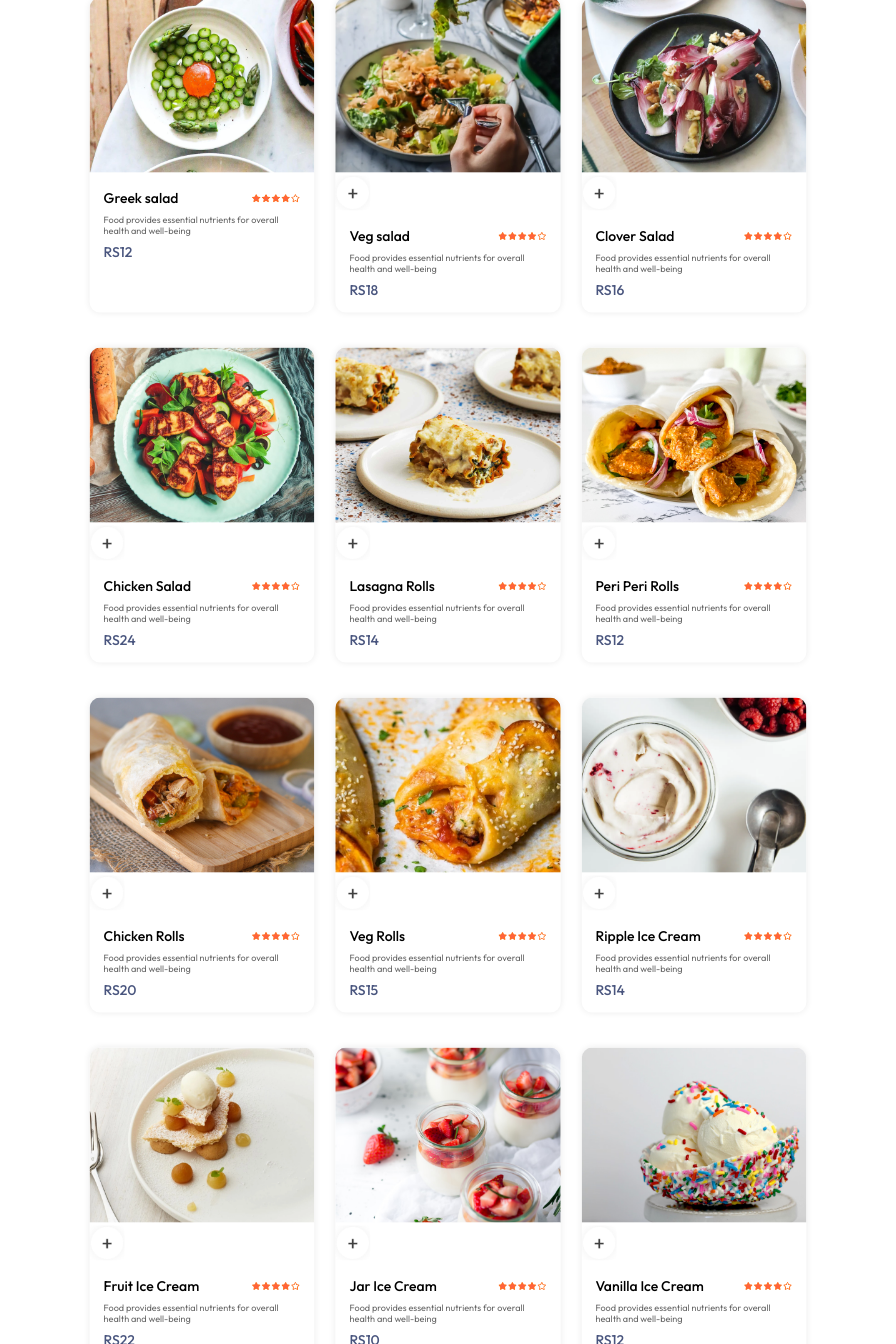
Repository: Attar786/Food-ordering-app
Page: / (app in frontend/), after clicking the first element matching `img.add`
The author's editor kept a copy of each file at every save. The page is drawn from the files as they stood at one save, then again after the next save.
The browser window is 1280 px wide. The pictures show the part of the page from y = 992 to 2912 px (the page is 6438 px tall before and 6444 px after), at 70% of full size.
The project was rebuilt for these pictures with package versions that can differ from the ones it lists, and the page was loaded fresh each time. Also part of the build but not shown: frontend/vite.config.js, frontend/src/pages/Cart/Cart.css, frontend/src/pages/Cart/Cart.jsx, frontend/src/pages/PlaceOrder/PlaceOrder.css, frontend/src/pages/PlaceOrder/PlaceOrder.jsx.

Above is the page before, as saved 2024-07-26 18:21:46.

### frontend/src/main.jsx
import ReactDOM from 'react-dom/client'
import App from './App.jsx'
import './index.css'
import {BrowserRouter} from 'react-router-dom'
import StoreContextProvider from './context/StoreContext.jsx'
ReactDOM.createRoot(document.getElementById('root')).render(
<BrowserRouter>

<StoreContextProvider>
<App />
</StoreContextProvider>

    </BrowserRouter>
)

### frontend/src/App.jsx
import './index.css'
import Navbar from "./components/Navbar/Navbar"
import Home from './pages/Home/Home'
import Cart from './pages/Cart/Cart'
import PlaceOrder from './pages/PlaceOrder/PlaceOrder'
import { Route, Routes } from 'react-router-dom'


function App() {

  return (
    <>

  <div className='app'>
  <Navbar/>
<Routes>
<Route path='/' element={<Home/>}/>
<Route path='/cart' element={<Cart/>}/>
<Route path='/order' element={<PlaceOrder/>}/>

</Routes>
  </div>
    </>
  )
}

export default App

### frontend/src/index.css
@import url('https://fonts.googleapis.com/css2?family=Outfit:wght@100..900&display=swap');


*{
margin: 0;
padding: 0;
 box-sizing: border-box;
 font-family: outfit;
}
body{
height: 100vh;
}
a{
text-decoration: none;
color : inherit;
}
.app{
    width: 80%;
    margin: auto;
}
@keyframes fadeIn{
    0%{
        opacity: 0;
    }
    100%{
        opacity: 1;
    }
}

### frontend/src/context/StoreContext.jsx
// import './StoreContext.css';
// import { createContext } from 'react';
// import { food_list } from '../assets/assets';
// export const StoreContext = createContext(null);

// const StoreContextProvider = (props) => {
//   const contextValue = {};
//   food_list
//   return (
//     <StoreContext.Provider value={contextValue}>
//       {props.children}
//     </StoreContext.Provider>
//   );
// };

// export default StoreContextProvider;

import './StoreContext.css';
import { createContext } from 'react';
import { food_list } from '../assets/assets'; // Ensure this path is correct and food_list is correctly exported

export const StoreContext = createContext(null);

const StoreContextProvider = (props) => {
  const contextValue = {
    food_list, // Assign food_list to contextValue
  };

  return (
    <StoreContext.Provider value={contextValue}>
      {props.children}
    </StoreContext.Provider>
  );
};

export default StoreContextProvider;

### frontend/src/components/Navbar/Navbar.jsx
import { useState } from 'react';
import './Navbar.css';
import { assets } from '../../assets/assets';

const Navbar = () => {
  const [menu, setMenu] = useState("home");

  const handleMenuClick = (menuItem) => {
    setMenu(menuItem);
  };

  return (
    <div className="Navbar">
      <img src={assets.logo} alt="Logo" className="logo" />
      <ul className="navbar-menu">
        <li onClick={() => handleMenuClick("home")} className={menu === "home" ? "active" : ""}>Home</li>
        <li onClick={() => handleMenuClick("menu")} className={menu === "menu" ? "active" : ""}>Menu</li>
        <li onClick={() => handleMenuClick("mobile-app")} className={menu === "mobile-app" ? "active" : ""}>Mobile App</li>
        <li onClick={() => handleMenuClick("contact-us")} className={menu === "contact-us" ? "active" : ""}>Contact Us</li>
      </ul>
      <div className="navbar-right">
        <img src={assets.search_icon} alt="search-icon" />
        <div>
          <img src={assets.basket_icon} alt="icons" />
          <div className="dot"></div>
        </div>
        <button>Sign In</button>
      </div>
    </div>
  );
}

export default Navbar;

### frontend/src/pages/Home/Home.jsx
import {useState} from 'react'
import Header from '../../components/Header/Header'
import ExploreMenu from '../../components/ExploreMenu/ExploreMenu'
import './Home.css'
import FoodDisplay from '../../components/FoodDisplay/FoodDisplay'

const Home = () => {
    const [category , setCategory ] = useState('All')
  return (
    <>
<Header/>
<ExploreMenu category={category} setCategory={setCategory}/>
<FoodDisplay category={category} />

</>
)
}

export default Home

### frontend/src/components/Navbar/Navbar.css
.Navbar{
    padding: 20px 0;
    display: flex;
    justify-content: space-between;
    align-items: center;
}
.Navbar .logo{
    width: 150px;
}
.navbar-menu{
    display: flex;
    list-style: none;
    gap: 20px;
    font: 18px;
    color: #49557e;
    cursor: pointer;
}
.navbar-right{
    display: flex;
    align-items: center;
    gap: 25px;

}
.Navbar button{
    font-size: 15px;
    border: 1px solid #49557e;
    background: transparent;
    padding: 10px 25px;
    cursor: pointer;
    border-radius: 40px;
    transition: 0.3s;
}
.Navbar button:hover{
    background-color: #fff4f2;
}
.Navbar .navbar-menu .active{
    padding-bottom: 2px;
    border-bottom: 2px solid #49557e;

}
.search-icon{
    position: relative;
}
/* .search-icon .dot{ */
    /* position: absolute;
    top: -5px;
    right: -5px;
    width: 10px;
    height: 10px;
    background-color: blue;
    border-radius: 50%;
} */
.dot {
    position: absolute;
    top: 12px; /* Adjust as needed */
    right: 268px; /* Adjust as needed */
    width: 10px;
    height: 10px;

    background-color: tomato;
    border-radius: 50%;
  }

### frontend/src/components/Header/Header.jsx
import "./Header.css";
const Header = () => {
  return (
    <div className="header">
      <div className="header-contents">
        <h2>order your Favourite Food Here</h2>
        <p>
          Lorem ipsum dolor sit amet consectetur adipisicing elit. Ab,
          repudiandae. Odio architecto libero enim minima.
        </p>
        <button>View Menu</button>
      </div>
    </div>
  );
};

export default Header;

### frontend/src/components/ExploreMenu/ExploreMenu.jsx
import './ExploreMenu.css'
import { menu_list } from '../../assets/assets';
import PropTypes from 'prop-types'
const ExploreMenu = ({ category, setCategory }) => {
  return (
    <div className='explore-menu' id='explore-menu'>
      <h1 className='explore-menu-title'>Explore our Menu</h1>
      <p className='explore-menu-text'>Lorem ipsum dolor sit, amet consectetur adipisicing elit. Quam, eos?</p>
      <div className='explore-menu-list'>
        {menu_list.map((item, index) => {
          return (
            <div onClick={() => setCategory(prev => prev === item.menu_name ? "All" : item.menu_name)} key={index} className='explore-menu-list-item'>
              <img className={category === item.menu_name ? "active" : ""} src={item.menu_image} alt="" />
              <p>{item.menu_name}</p>
            </div>
          )
        })}
      </div>
      <hr />
    </div>
  )
}
    ExploreMenu.propTypes = {
    category: PropTypes.string.isRequired,
    setCategory: PropTypes.func.isRequired,
  };

export default ExploreMenu;

### frontend/src/components/FoodDisplay/FoodDisplay.jsx
import { useContext } from 'react';
import './FoodDisplay.css';
import { StoreContext } from '../../context/StoreContext';
import FoodItem from '../FoodItem/FoodItem';
const FoodDisplay = ({ category }) => {
  const { food_list } = useContext(StoreContext);
  if (!food_list) {
    return <div>Loading...</div>; // Handle loading state or error
  }
  return (
    <div className='food-display' id='food-display'>
      <h2>Top Dishes Near To You</h2>
      <div className='food-display-list'>
        {food_list.map((item, index) => (
          <FoodItem
            key={index}
            id={item._id}
            name={item.name}
            description={item.description}
            price={item.price}
            image={item.image}
          />
        ))}
      </div>
    </div>
  );
};

export default FoodDisplay;

### frontend/src/components/Header/Header.css
.header{
    height: 35vw;
    margin: 30px auto;
    background: url('/header_img.png') no-repeat;
    background-size: contain;
    position: relative;
}
.header-contents{
position: absolute;
display: flex;
flex-direction: column;
align-items: start;
gap: 1.5vw;
max-width: 50%;
bottom: 10%;
left: 6vw;
animation: fadeIn 3s;
}

.header-contents h2{
    font-weight: 500;
    color: white;
    font-size: max(4.5vw, 22px);
}
.header-contents p{
    color: white;
    font-size: 1vw;

}
.header-contents button{
    font-weight: 500;
    color: #747474;
    border: none;
    padding: 1vw 2.3vw;
    background-color: white;
    border-radius: 50px;
    font-size: max(1vw,12px);


}

### frontend/src/components/ExploreMenu/ExploreMenu.css
.explore-menu{
    display: flex;
    flex-direction: column;
    gap: 20px;
}
.explore-menu h1{
    color: #262626;
    font-weight: 500;
}
.explore-menu-text{
    max-width: 60%;
    columns: #808080;
}
.explore-menu-list {
    display: flex;
    justify-content: space-between;
    align-items:center;
    gap: 30px;
    text-align: center;
    margin: 20px 0px;
    overflow: scroll;
}
.explore-menu-list::-webkit-scrollbar{
    display: none;
}
.explore-menu-list-item img{
    width: 7.5vw;
    min-width: 85px;
    cursor: pointer;
    border-radius: 50%;
    transition: 0.3s;
}

.explore-menu-list-item p{
    cursor: pointer;
    color: #747474;
    font-size: max(1.4vw, 16px)
}
.explore-menu hr{
    margin: 10px 0px;
    height: 2px;
    color: #e2e2e2;
    border: none;
}
.explore-menu-list-item .active{
    border:3px solid tomato;
    padding: 2px;
}

### frontend/src/components/FoodDisplay/FoodDisplay.css
.food-display{
    margin-top: 30px;
}
.food-display h2{
    font-size: max(2vw, 24px);
    font-weight: 600;
}
.food-display-list{
    display: grid;
    grid-template-columns: repeat(auto-fill,minmax(240px,1fr));
    margin-top: 30px;
    gap: 30px;
    row-gap: 50px;
}

### frontend/src/components/FoodItem/FoodItem.jsx
import './FoodItem.css';
import { assets } from '../../assets/assets';
import { useState } from 'react';

const FoodItem = ({ id, name, price, description, image }) => {
  const [itemCount, setItemCount] = useState(0);

  return (
    <div className='food-item'>
      <div className='food-item-img-container'>
        <img className='food-item-image' src={image} alt={name} />
        {
          !itemCount
            ? <img className='add' onClick={() => setItemCount(prev => prev + 1)} src={assets.add_icon_white} alt="" />
            : <div></div>
        }
      </div>
      <div className='food-item-info'>
        <div className='food-item-name-rating'>
          <p>{name}</p>
          <img src={assets.rating_starts} alt="Rating" />
        </div>
        <p className='food-item-description'>
          {description}
        </p>
        <p className='food-item-price'>RS{price}</p>
      </div>
    </div>
  );
};

export default FoodItem;

### frontend/src/components/FoodItem/FoodItem.css
.food-item{
    width: 100%;
    border-radius: 15px;
    box-shadow: 0px 0px 10px #00000015;
    transition: 0.3s;
    animation: fadeIn 1s;
}
.food-item-image{
    width: 100%;
    border-radius : 15px 15px 0px 0px;
}

.food-item-info{
    padding: 20px;
}
.food-item-name-rating{
    display: flex;
    justify-content: space-between;
    align-items: center;
    margin-bottom: 10px;
}
.food-item-name-rating p{
    font-size: 20px;
    font-weight: 500;

}
.food-item-name-rating img {
    width: 70px;

}
.food-item-description{
    color: #676767;
    font-size: 13px;
}
.food-item-price{
    margin-top: 10px;
    color: #49557e;
    font-size: 20px;
    font-weight: 500;
}

Loaded but not shown: frontend/index.html (common file); frontend/src/assets/assets.js (350 lines, source omitted); frontend/src/context/StoreContext.css (no stored copy; drawn as an empty file); frontend/src/pages/Home/Home.css (no stored copy; drawn as an empty file)

After the next save:
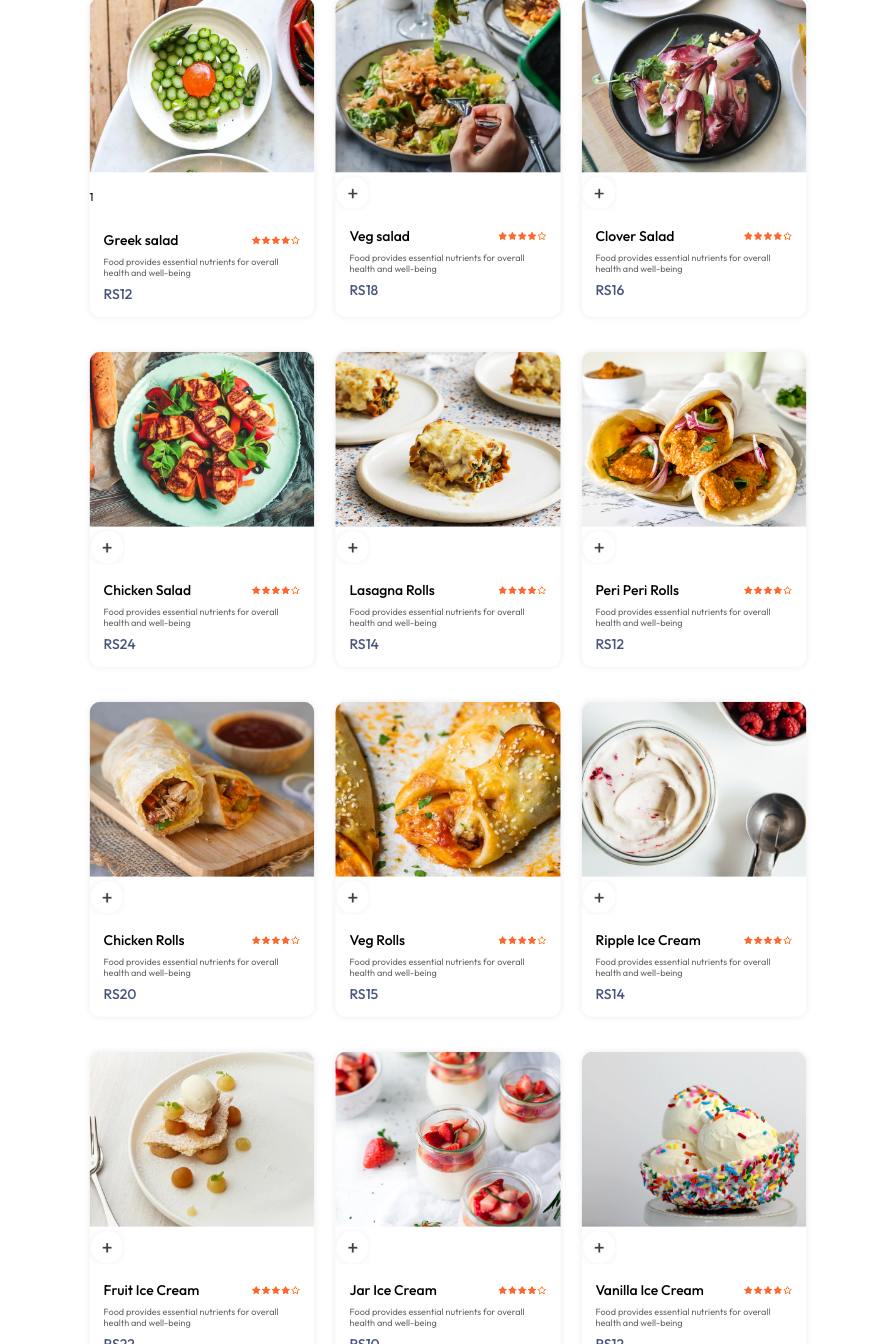
Not found: {assets.remove_icon_red}
Saved 5 min 7 s later.
--- a/frontend/src/components/FoodItem/FoodItem.jsx
+++ b/frontend/src/components/FoodItem/FoodItem.jsx
@@ -12,7 +12,12 @@ const FoodItem = ({ id, name, price, description, image }) => {
         {
           !itemCount
             ? <img className='add' onClick={() => setItemCount(prev => prev + 1)} src={assets.add_icon_white} alt="" />
-            : <div></div>
+            : <div>
+<img onClick={()=>setItemCount(prev=>prev-1)}  src="{assets.remove_icon_red}" alt="" />
+<p>{itemCount}</p>
+<img onClick={()=>setItemCount(prev=>prev+1)}  src="{assets.remove_icon_red}" alt="" />
+
+            </div>
         }
       </div>
       <div className='food-item-info'>

After the 2 saves that followed:
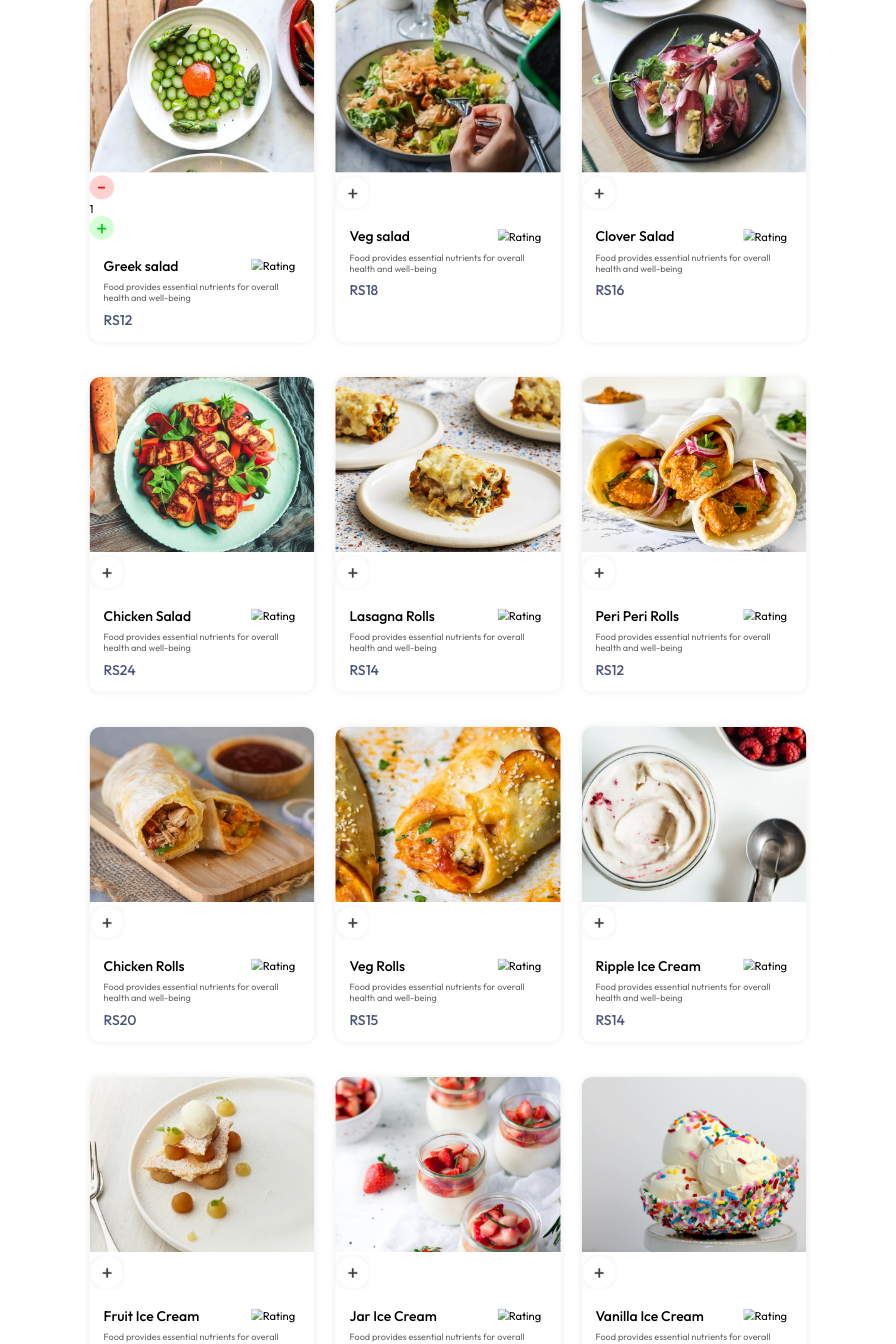
The 2 saves are shown as one change because 1 left the picture as it was.
The last was saved 4 min 46 s later.
--- a/frontend/src/components/FoodItem/FoodItem.jsx
+++ b/frontend/src/components/FoodItem/FoodItem.jsx
@@ -13,17 +13,16 @@ const FoodItem = ({ id, name, price, description, image }) => {
           !itemCount
             ? <img className='add' onClick={() => setItemCount(prev => prev + 1)} src={assets.add_icon_white} alt="" />
             : <div>
-<img onClick={()=>setItemCount(prev=>prev-1)}  src="{assets.remove_icon_red}" alt="" />
-<p>{itemCount}</p>
-<img onClick={()=>setItemCount(prev=>prev+1)}  src="{assets.remove_icon_red}" alt="" />
-
-            </div>
+                <img onClick={() => setItemCount(prev => prev > 0 ? prev - 1 : 0)} src={assets.remove_icon_red} alt="" />
+                <p>{itemCount}</p>
+                <img onClick={() => setItemCount(prev => prev + 1)} src={assets.add_icon_green} alt="" />
+              </div>
         }
       </div>
       <div className='food-item-info'>
         <div className='food-item-name-rating'>
           <p>{name}</p>
-          <img src={assets.rating_starts} alt="Rating" />
+          <img src={assets.rating_stars} alt="Rating" />
         </div>
         <p className='food-item-description'>
           {description}
